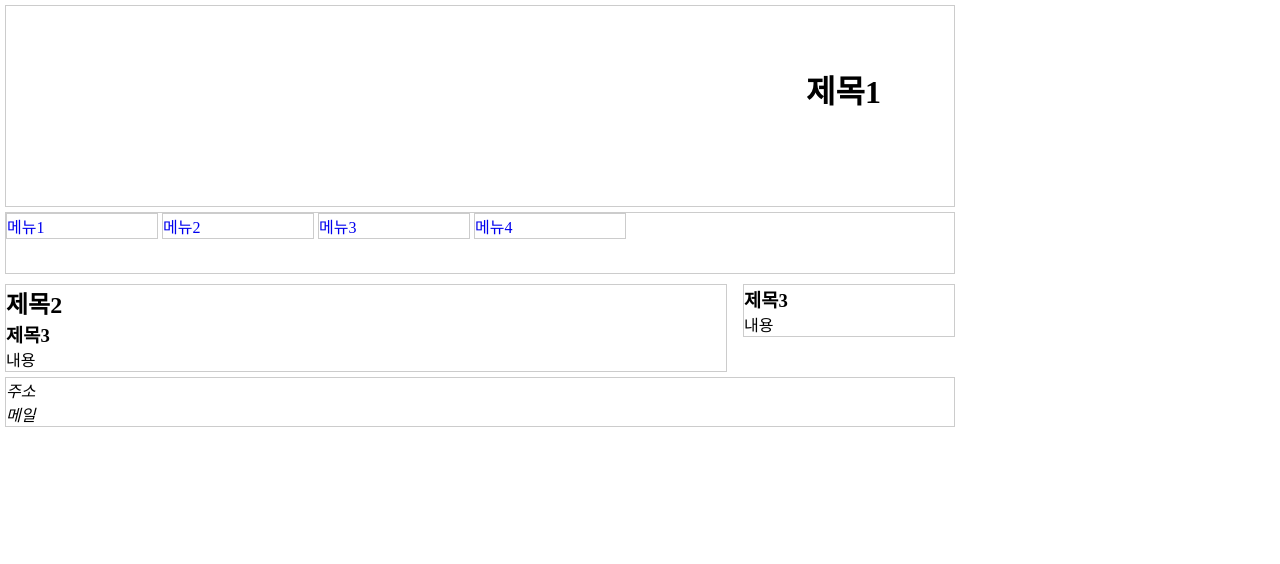
Repository: yeonddu/green_css
Page: web/pro01/songyeonsu/html5.html
These files come from the project's save history. The page is drawn as it stood at one moment and after the next save; the edit follows.
The browser window is 1280 px wide. The pictures show the whole page.

Above is the page before, as saved 2022-12-14 00:09:31.

After the next save:
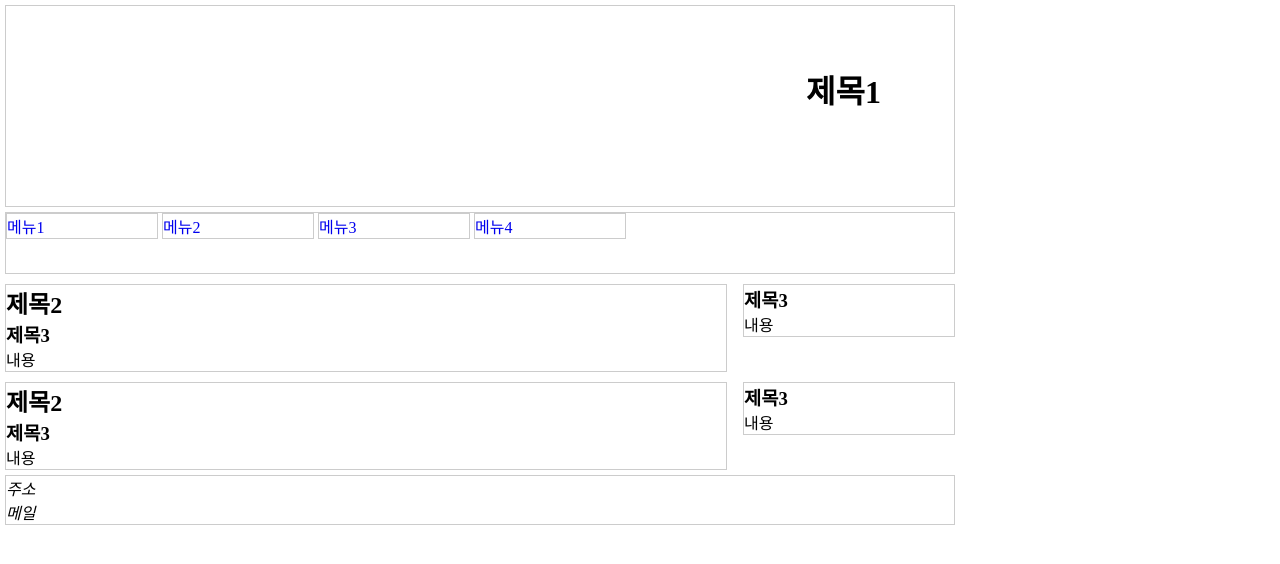
Saved 62 s later.
--- a/web/pro01/songyeonsu/html5.html
+++ b/web/pro01/songyeonsu/html5.html
@@ -85,6 +85,19 @@
 		<h3>제목3</h3>
 		<p>내용</p>
 	</aside>
+	<div class="content">
+		<section>
+		<h2>제목2</h2>
+		<article>
+			<h3>제목3</h3>
+			<p>내용</p>
+		</article>
+	</section>
+	<aside>
+		<h3>제목3</h3>
+		<p>내용</p>
+	</aside>
+	</div>
 	<footer>
 		<address>
 			<p>주소</p>
